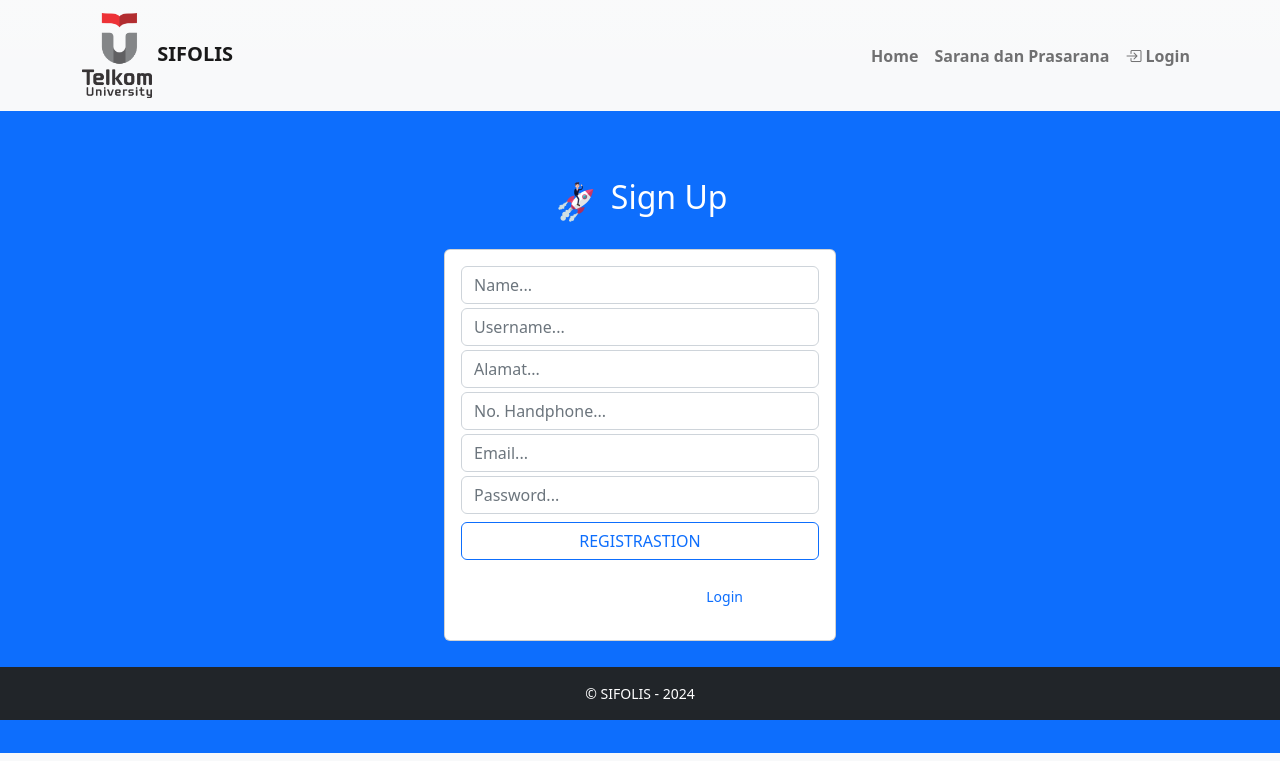
Repository: Audi87/uas_framework
Page: http://localhost/registrasi
The author's editor kept a copy of each file at every save. The page is drawn from the files as they stood at one save, then again after the next save.
The browser window is 1280 px wide. The pictures show the whole page.
Some web libraries are served in a nearby version. The page is served by the project's Laravel application, run on PHP 8.4 with Laravel 10. Other server files are loaded and not shown.

Above is the page before, as saved 2024-06-13 21:24:15.

### routes/web.php
<?php

use App\Http\Controllers\{
    BarangController, ContactController, CustumerController, DataPeminjamanController, HistoryController,
    Home, LoginController, PeminjamanController, ProfilController, RegistrasiController,
    SaranaDanPrasaranaController, AdminController
};
use Illuminate\Support\Facades\Route;


Route::get('/', [Home::class, 'index'])->middleware('auth');

Route::get('/login', [LoginController::class, 'index'])->name('login')->middleware('guest');
Route::post('/login', [LoginController::class, 'login']);
Route::post('/logout', [LoginController::class, 'logout']);

Route::get('/registrasi', [RegistrasiController::class, 'index'])->middleware('guest');
Route::post('/registrasi', [RegistrasiController::class, 'registrasi']);

Route::get('/dashboard', function() {
    return view('dashboard.index', ['title' => 'Dashboard Admin']);
})->middleware('admin');

Route::get('/profil/{user:id}', [ProfilController::class, 'index'])->middleware('auth');

Route::get('/sarana dan prasarana', [SaranaDanPrasaranaController::class, 'index'])->middleware('auth');
Route::resource('/sarana-prasarana', BarangController::class)->middleware('admin');

Route::get('/peminjaman/{barang:id}', [PeminjamanController::class, 'index'])->middleware('auth');
Route::post('/peminjaman/{barang:id}', [PeminjamanController::class, 'peminjaman'])->middleware('auth');

Route::get('/history/{user:id}', [HistoryController::class, 'index'])->middleware('auth');

Route::get('/kembalikan/{id}', [PeminjamanController::class, 'kembalikan'])->middleware('auth');
Route::get('/detail-peminjaman/{id}', [PeminjamanController::class, 'detailPeminjaman'])->middleware('auth');

Route::get('/category/{id}', [SaranaDanPrasaranaController::class, 'category'])->middleware('auth');

Route::get('/custumer', [CustumerController::class, 'index'])->middleware('admin');
Route::get('/custumer/{user:id}', [CustumerController::class, 'detail'])->middleware('admin');

Route::get('/data-peminjaman', [DataPeminjamanController::class, 'index'])->middleware('admin');
Route::get('/data-peminjaman/{id}', [DataPeminjamanController::class, 'detail'])->middleware('admin');

Route::get('/contact', [ContactController::class, 'index'])->middleware('auth');

### app/Http/Controllers/RegistrasiController.php
<?php

namespace App\Http\Controllers;

use Illuminate\Support\Facades\App;
use App\Models\User;
use Illuminate\Http\Request;

class RegistrasiController extends Controller
{
    // Function untuk menampilkan view registrasi
    public function index()
    {
        return view('registrasi.registrasi', [
            'title' => 'Registrasi'
        ]);
    }

    // Function untuk proses registrasi
    public function registrasi(Request $request)
    {
        $validateData = $request->validate([
            'name' => ['required', 'min:4', 'max:255'],
            'username' => ['required', 'min:5', 'max:255'],
            'alamat' => ['required', 'min:5', 'max:255'],
            'no_handphone' => ['required', 'min:5', 'max:255'],
            'email' => ['required', 'min:5', 'max:255', 'unique:users'],
            'password' => ['required', 'min:5', 'max:255']
        ]);

        $validateData['password'] = bcrypt($validateData['password']);
        User::create($validateData);

        // Menampilkan Sweet Alert
        return redirect('/login')->with('success', 'successful registration');
    }
}

### resources/views/registrasi/registrasi.blade.php
@extends('layouts.main')

@section('content')

<div class="regis p-3 mb-2 bg-primary text-white">
    <div class="container-fluid py-5">
        <div class="row text-center mb-5">
            <div class="col-lg-4 offset-lg-4" >
                <h2>
                    <img src="img/pngwing.com (7).png" text-primary width="50" alt="" data-aos="flip-left" data-aos-duration="2000" >
                    Sign Up
                </h2>
            </div>
            <div class="col-lg-4 offset-lg-4 col-10 offset-1 mt-3">
                {{-- Form Registrasi --}}
                <div class="card">
                    <div class="card-body">
                        <form action="/registrasi" method="post">
                            @csrf
                            <div class="mb-1">
                                <input type="text" id="name" name="name" placeholder="Name..." value="{{ old('name') }}" class="form-control @error('name') is-invalid @enderror">
                                @error('name')
                                <div class="invalid-feedback">
                                    {{ $message }}
                                </div>
                                @enderror
                            </div>
                            <div class="mb-1">
                                <input type="text" id="username" name="username" placeholder="Username..." value="{{ old('username') }}" class="form-control @error('username') is-invalid @enderror">
                                @error('username')
                                <div class="invalid-feedback">
                                    {{ $message }}
                                </div>
                                @enderror
                            </div>
                            <div class="mb-1">
                                <input type="text" id="alamat" name="alamat" placeholder="Alamat..." value="{{ old('alamat') }}" class="form-control @error('alamat') is-invalid @enderror">
                                @error('alamat')
                                <div class="invalid-feedback">
                                    {{ $message }}
                                </div>
                                @enderror
                            </div>
                            <div class="mb-1">
                                <input type="number" id="no_handphone" name="no_handphone" placeholder="No. Handphone..." value="{{ old('no_handphone') }}" class="form-control @error('no_handphone') is-invalid @enderror">
                                @error('no_handphone')
                                <div class="invalid-feedback">
                                    {{ $message }}
                                </div>
                                @enderror
                            </div>
                            <div class="mb-1">
                                <input type="email" id="email" name="email" placeholder="Email..." value="{{ old('email') }}" class="form-control @error('email') is-invalid @enderror">
                                @error('email')
                                <div class="invalid-feedback">
                                    {{ $message }}
                                </div>
                                @enderror
                            </div>
                            <div class="mb-2">
                                <input type="password" id="password" name="password" placeholder="Password..." value="{{ old('password') }}" class="form-control @error('password') is-invalid @enderror">
                                @error('password')
                                <div class="invalid-feedback">
                                    {{ $message }}
                                </div>
                                @enderror
                            </div>
                            <div class="mb-4">
                                <button class="btn btn-outline-primary w-100" type="submit">REGISTRASTION</button>
                            </div>
                            <div>
                                <p><small>already have an account? <a href="login" class="text-decoration-none">Login</a></small></p>
                            </div>
                        </form>
                    </div>
                </div>
            </div>
        </div>
    </div>
</div>

@if(session('success'))
<script>
    Swal.fire({
        title: 'Registrasi Berhasil!',
        text: "{{ session('success') }}",
        icon: 'success',
        confirmButtonText: 'Ok'
    });
</script>
@endif

@endsection

### resources/views/layouts/main.blade.php
<!doctype html>
<html lang="en">
  <head>
    <meta charset="utf-8">
    <meta name="viewport" content="width=device-width, initial-scale=1">
    <title>{{ $title }}</title>

    <link rel="stylesheet" href="/css/stylee.css">

    {{-- Link Aos --}}
    <link rel="stylesheet" href="https://unpkg.com/aos@next/dist/aos.css" />

    {{-- Link Icons Bootstrap --}}
    <link rel="stylesheet" href="https://cdn.jsdelivr.net/npm/bootstrap-icons@1.9.1/font/bootstrap-icons.css">

    <link href="https://cdn.jsdelivr.net/npm/bootstrap@5.2.0/dist/css/bootstrap.min.css" rel="stylesheet" integrity="sha384-gH2yIJqKdNHPEq0n4Mqa/HGKIhSkIHeL5AyhkYV8i59U5AR6csBvApHHNl/vI1Bx" crossorigin="anonymous">
    <link href="https://fonts.googleapis.com/css2?family=Poppins:wght@400;500;600&display=swap" rel="stylesheet">
    <link rel="stylesheet" href="https://cdnjs.cloudflare.com/ajax/libs/font-awesome/6.4.0/css/all.min.css"
        integrity="sha512-iecdLmaskl7CVkqkXNQ/ZH/XLlvWZOJyj7Yy7tcenmpD1ypASozpmT/E0iPtmFIB46ZmdtAc9eNBvH0H/ZpiBw=="
        crossorigin="anonymous" referrerpolicy="no-referrer" />
  </head>
  <body class="bg-light">

    {{-- Include navbar --}}
    @include('navbar.navbar')

    {{-- Content --}}
    @yield('content')
    {{-- End Content --}}

    {{-- Include Footer --}}
    @include('footer.footer')

    <script src="https://cdn.jsdelivr.net/npm/bootstrap@5.2.0/dist/js/bootstrap.bundle.min.js" integrity="sha384-A3rJD856KowSb7dwlZdYEkO39Gagi7vIsF0jrRAoQmDKKtQBHUuLZ9AsSv4jD4Xa" crossorigin="anonymous"></script>

    <script src="https://unpkg.com/aos@next/dist/aos.js"></script>
    <script>
      AOS.init();
    </script>

    {{-- Js Jquery --}}
    <script src="/js/jquery.js"></script>

    {{-- Script js --}}
    <script src="/js/script.js"></script>

  </body>
</html>

### resources/views/navbar/navbar.blade.php
{{-- Navbar --}}
<nav class="navbar navbar-expand-lg bg-light bg-gradient navbar-light">
    <div class="container">
        <a class="navbar-brand" href="/"><img src="img/logo.png" width="70" alt="" data-aos="flip-left"
                data-aos-duration="2000"> SIFOLIS </a>
        <button class="navbar-toggler" type="button" data-bs-toggle="collapse" data-bs-target="#navbarNav"
            aria-controls="navbarNav" aria-expanded="false" aria-label="Toggle navigation">
            <span class="navbar-toggler-icon"></span>
        </button>
        <div class="collapse navbar-collapse" id="navbarNav">
            <ul class="navbar-nav ms-auto">
                <li class="nav-item">
                    <a class="nav-link {{ Request::is('/') ? 'active' : '' }}" aria-current="page"
                        href="/">Home</a>
                </li>
                <li class="nav-item">
                    <a class="nav-link {{ Request::is('sarana dan prasarana') ? 'active' : '' }}" aria-current="page"
                        href="/sarana dan prasarana">Sarana dan Prasarana</a>
                </li>

                @auth
                    <li class="nav-item dropdown">
                        <a class="nav-link dropdown-toggle" href="#" role="button" data-bs-toggle="dropdown"
                            aria-expanded="false">
                            <i class="bi bi-person-lines-fill"></i> Welcome, {{ auth()->user()->username }}
                        </a>
                        <ul class="dropdown-menu">
                            @can('admin')
                                <li><a class="dropdown-item" href="/dashboard">Dashboard Admin</a></li>
                            @endcan
                            <li><a class="dropdown-item" href="/history/{{ auth()->user()->id }}">Peminjaman</a></li>
                            <li><a class="dropdown-item" href="/contact">Contact Us</a></li>
                            <li><a class="dropdown-item" href="/profil/{{ auth()->user()->id }}"><i
                                        class="bi bi-person-lines-fill"></i> My Profil</a></li>
                            <li>
                                <hr class="dropdown-divider">
                            </li>
                            {{-- Form Logout --}}
                            <form action="/logout" method="post">
                                @csrf
                                <button type="submit" class="dropdown-item"
                                    onclick="return confirm('sure want to go out?')"><i class="bi bi-box-arrow-in-left"></i>
                                    Logout</button>
                            </form>
                            {{-- End From --}}
                        </ul>
                    </li>
                @else
                    <li class="nav-item">
                        <a class="nav-link {{ Request::is('login') ? 'active' : '' }}" href="/login"><i
                                class="bi bi-box-arrow-in-right"></i> Login</a>
                    </li>
                @endauth

            </ul>
        </div>
    </div>
</nav>
{{-- End Navbar --}}

### resources/views/footer/footer.blade.php
<div class="container">
    <!-- Konten Halaman di sini -->
</div>
<div class="fixed-bottom">
<footer class="container-fluid bg-dark text-white text-center">
    <div class="container1">
        <div class="row">
            <div class="col-lg-12">
                <small><p class="mt-3">&copy; SIFOLIS - 2024</p></small>
            </div>
        </div>
    </div>
    </div>
</footer>

### public/css/stylee.css
nav ul li {
    font-weight: bold;
}

nav a {
    font-weight: bold;
}

nav ul li:hover {
    background-color: black;
    opacity: 0.8;
    border-radius: 17px;
    text-decoration: underline;
}

### public/js/script.js
$(document).ready(function(){


    window.setTimeout(function(){
        $('.alert').fadeTo(300, 0).slideUp(300, function(){
            $(this).remove();
        });
    }, 4000);

    // Js Show password
    $('#flexCheckDefault').click(function(){
        if($(this).is(':checked')){
            $('#password').attr('type', 'text')
        }else{
            $('#password').attr('type', 'password')
        }
    });

});

Loaded but not shown: app/Http/Controllers/Controller.php (common file); public/js/jquery.js (library)

After the next save:
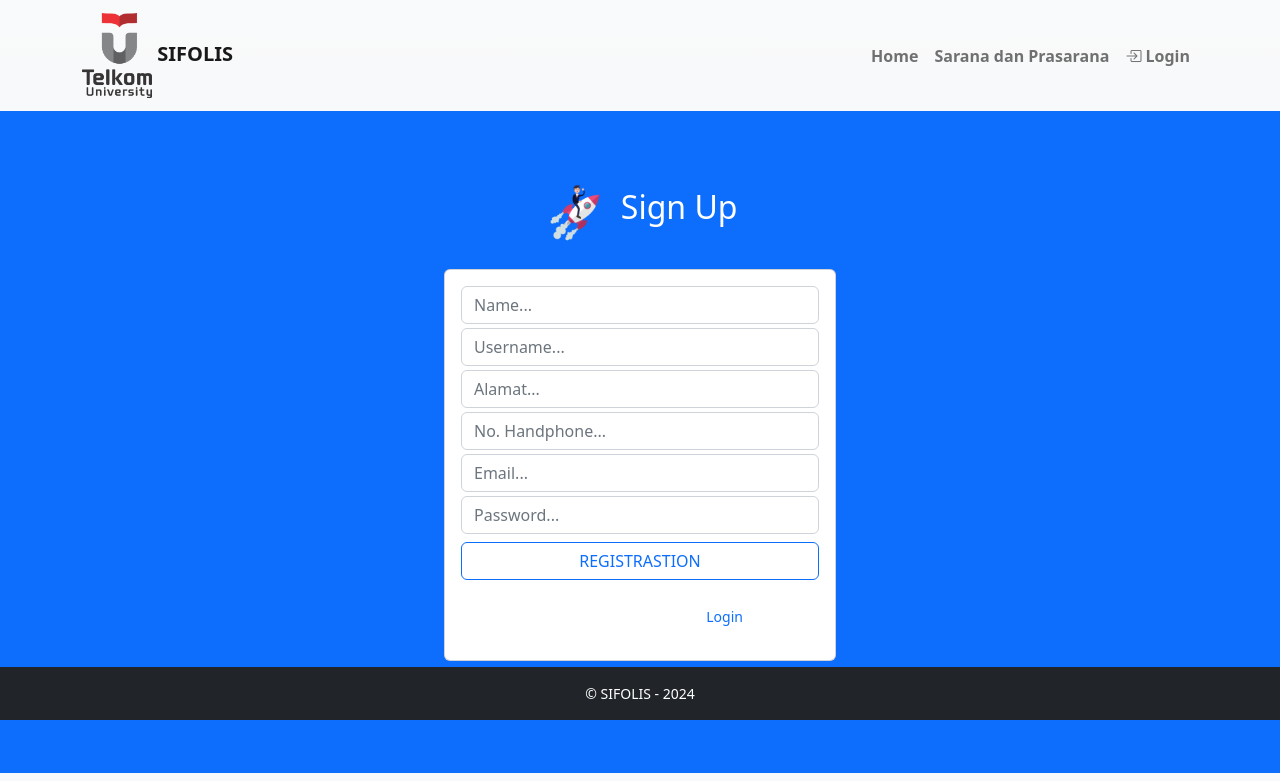
Saved 9 s later.
--- a/resources/views/registrasi/registrasi.blade.php
+++ b/resources/views/registrasi/registrasi.blade.php
@@ -7,7 +7,7 @@
         <div class="row text-center mb-5">
             <div class="col-lg-4 offset-lg-4" >
                 <h2>
-                    <img src="img/pngwing.com (7).png" text-primary width="50" alt="" data-aos="flip-left" data-aos-duration="2000" >
+                    <img src="img/pngwing.com (7).png" text-primary width="70" alt="" data-aos="flip-left" data-aos-duration="2000" >
                     Sign Up
                 </h2>
             </div>

After the save that followed:
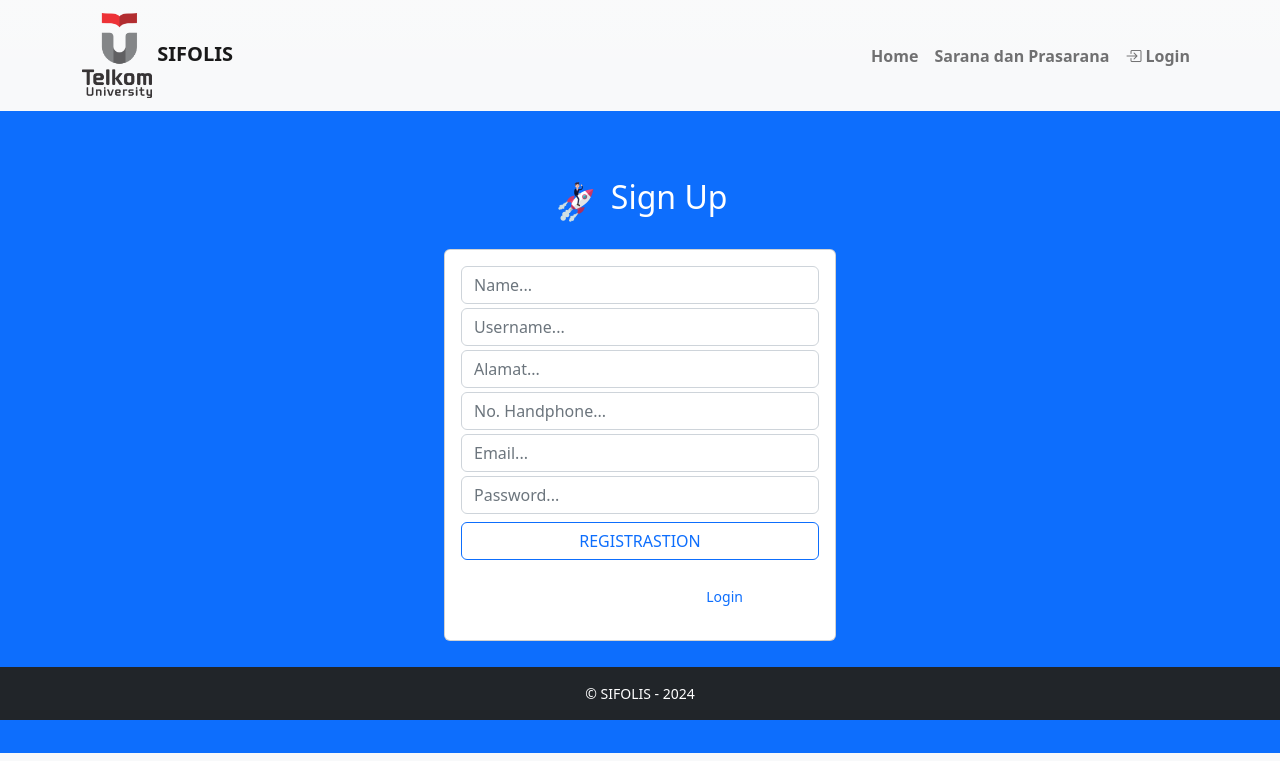
Saved 7 s later.
--- a/resources/views/registrasi/registrasi.blade.php
+++ b/resources/views/registrasi/registrasi.blade.php
@@ -7,7 +7,7 @@
         <div class="row text-center mb-5">
             <div class="col-lg-4 offset-lg-4" >
                 <h2>
-                    <img src="img/pngwing.com (7).png" text-primary width="70" alt="" data-aos="flip-left" data-aos-duration="2000" >
+                    <img src="img/pngwing.com (7).png" text-primary width="50" alt="" data-aos="flip-left" data-aos-duration="2000" >
                     Sign Up
                 </h2>
             </div>
